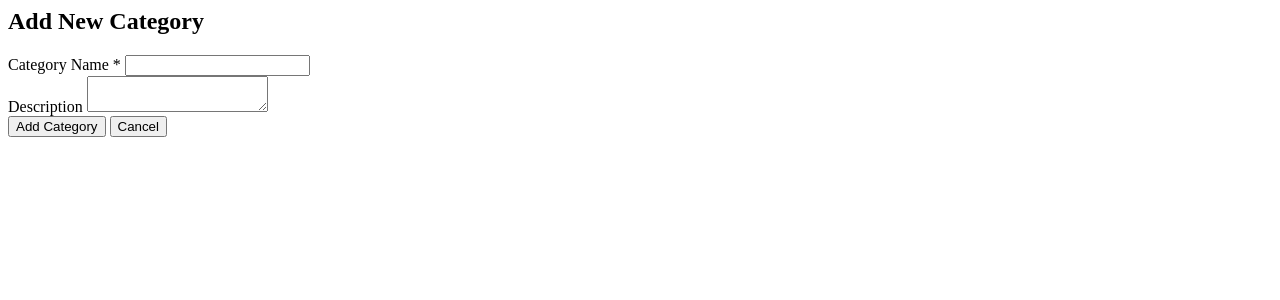
Repository: AdrianLeAsian/InventorySystem
Page: http://localhost/includes/add_category_modal.php
An editor plug-in stored every save of this project. The page is shown before and after the next save, followed by the edit.
The browser window is 1280 px wide. The pictures show the whole page.
The page is run by PHP 8.4 with error messages shown; the project is at /var/www/html/.

Above is the page before, as saved 2025-07-18 07:51:28.

### includes/add_category_modal.php
<!-- Add Category Modal -->
<div id="addCategoryModal" class="modal is-hidden">
    <div class="modal-content">
        <div class="card">
            <div class="card__header">
                <h2 class="card__title">Add New Category</h2>
            </div>
            <div class="card__body">
                <form class="form" id="addCategoryForm">
                    <div class="form__group">
                        <label class="form__label">Category Name <span class="required-indicator">*</span></label>
                        <input type="text" name="category_name" class="form__input" required>
                    </div>
                    <div class="form__group">
                        <label class="form__label">Description</label>
                        <textarea name="category_description" class="form__input"></textarea>
                    </div>
                    <div class="d-flex justify-between mt-4">
                        <button type="submit" class="btn btn--primary">Add Category</button>
                        <button type="button" class="btn btn--secondary cancel-modal-btn" data-modal-id="addCategoryModal">Cancel</button>
                    </div>
                </form>
            </div>
        </div>
    </div>
</div>

After the next save:
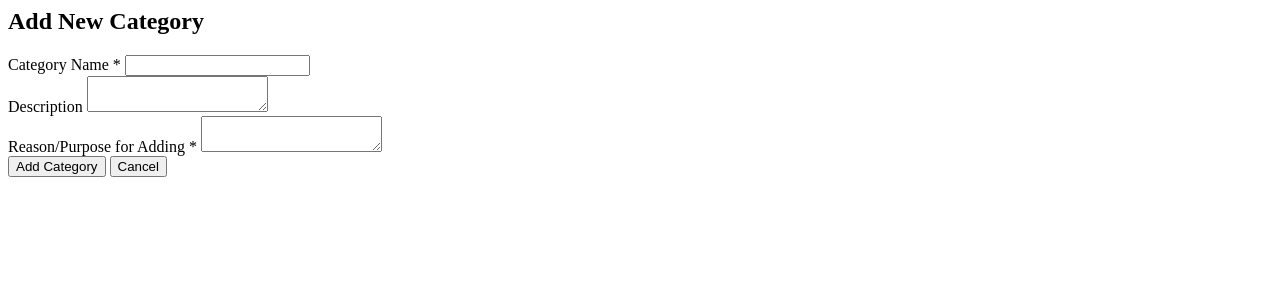
Saved 12 min 2 s later.
--- a/includes/add_category_modal.php
+++ b/includes/add_category_modal.php
@@ -15,6 +15,10 @@
                         <label class="form__label">Description</label>
                         <textarea name="category_description" class="form__input"></textarea>
                     </div>
+                    <div class="form__group">
+                        <label class="form__label">Reason/Purpose for Adding <span class="required-indicator">*</span></label>
+                        <textarea name="category_reason" class="form__input" required></textarea>
+                    </div>
                     <div class="d-flex justify-between mt-4">
                         <button type="submit" class="btn btn--primary">Add Category</button>
                         <button type="button" class="btn btn--secondary cancel-modal-btn" data-modal-id="addCategoryModal">Cancel</button>
